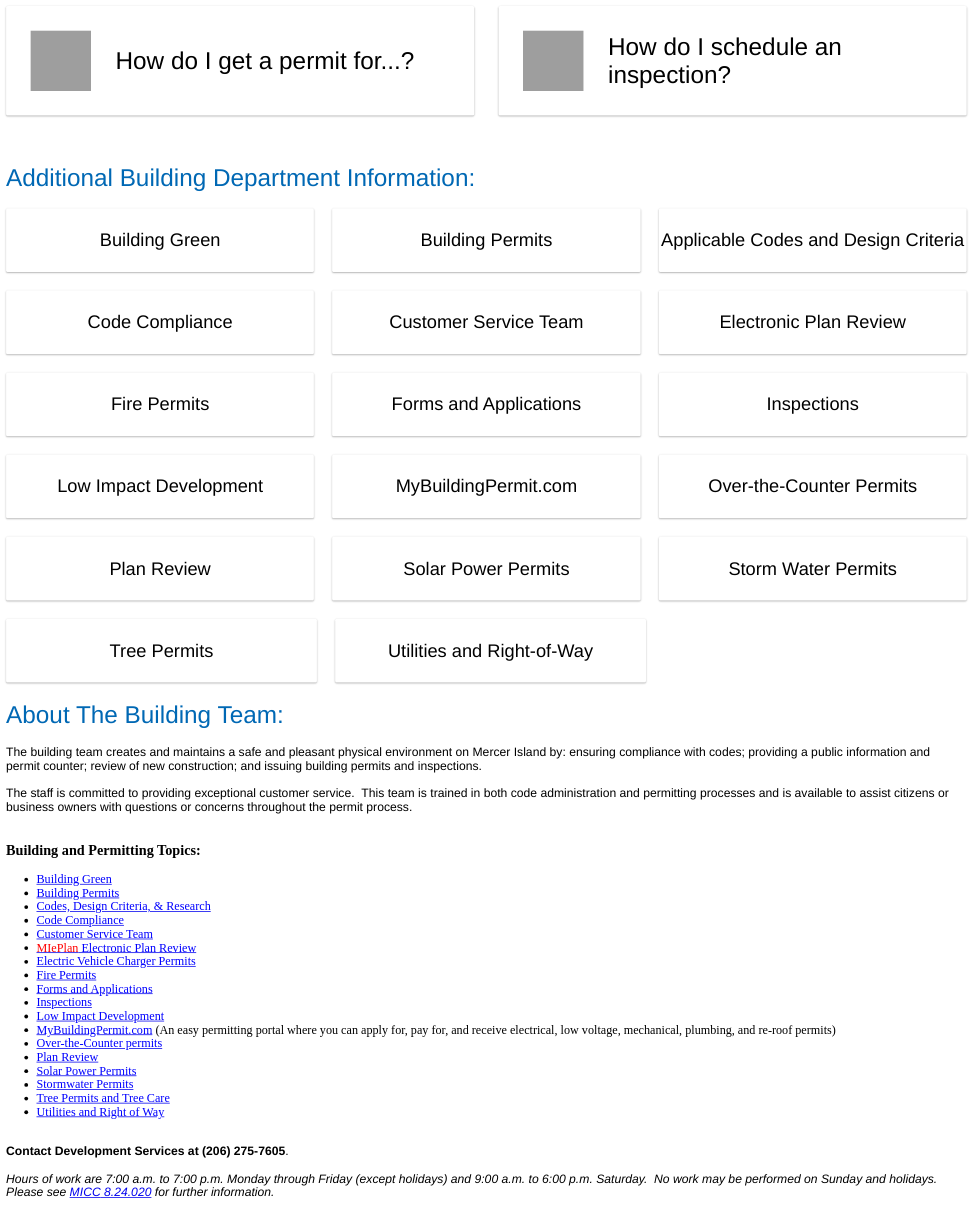
Repository: CharlieMisner/Mercer-Island-Website-Templates
Page: building-main-page/building-main-page.html
The author's editor kept a record of every edit. The page is drawn from the files as they stood at one moment, then again after the next edit.
The browser window is 1280 px wide. The pictures show the whole page, at 76% of full size.
Pictures or frames that could not be fetched are drawn as grey boxes.

Above is the page before.

After the next edit:
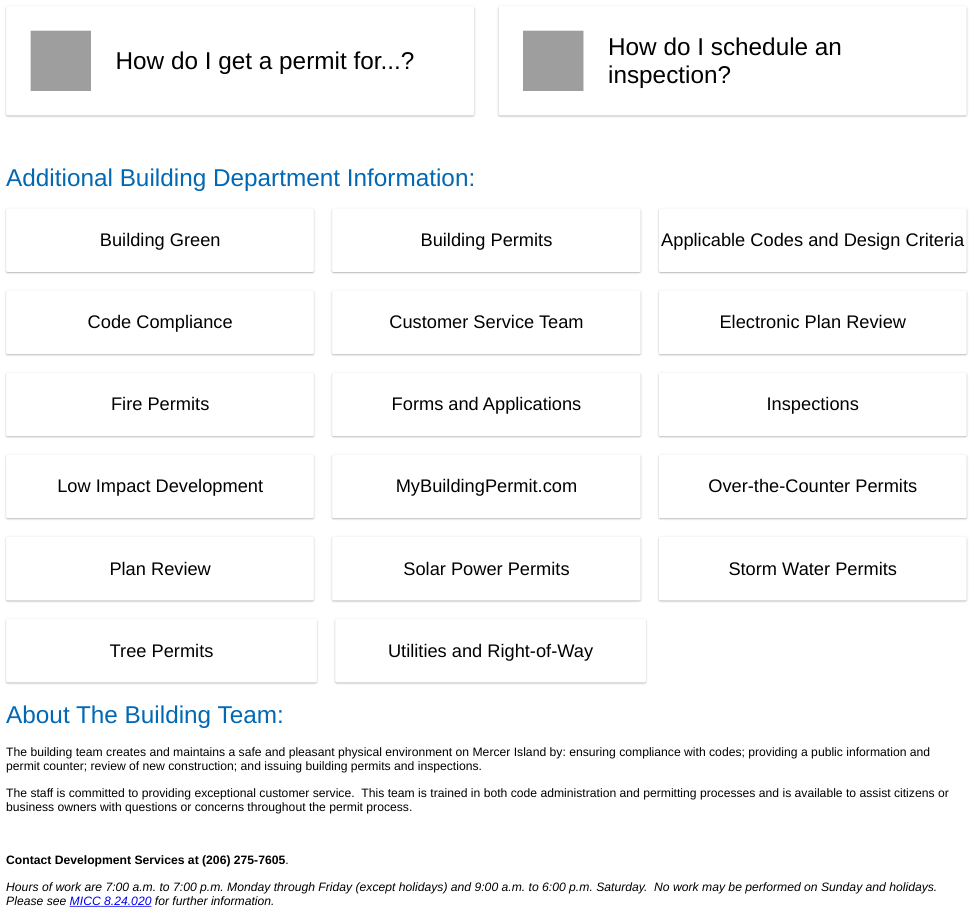
The edit:
--- a/building-main-page/building-main-page.html
+++ b/building-main-page/building-main-page.html
@@ -120,30 +120,6 @@
     <br /> The staff is committed to providing exceptional customer service. &nbsp;This team is trained in both code administration and permitting processes and is available to assist citizens or business owners with questions or concerns throughout the
     permit process.<br /> &nbsp;
 </p>
-
-<h3>Building and Permitting Topics:</h3>
-
-<ul>
-    <li><a href="http://www.mercergov.org/Page.asp?NavID=2668"><span style="color: rgb(0, 0, 255);">Building Green</span></a></li>
-    <li><a href="http://www.mercergov.org/Page.asp?NavID=2606"><span style="color: rgb(0, 0, 255);">Building Permits</span></a></li>
-    <li><a href="http://www.mercergov.org/Page.asp?NavID=2615"><span style="color: rgb(0, 0, 255);">Codes, Design Criteria, &amp; Research</span></a></li>
-    <li><a href="http://www.mercergov.org/Page.asp?NavID=2802"><span style="color: rgb(0, 0, 255);">Code Compliance</span></a></li>
-    <li><a href="http://www.mercergov.org/Page.asp?NavID=2623"><span style="color: rgb(0, 0, 255);">Customer Service Team</span></a></li>
-    <li><a href="http://www.mercergov.org/Page.asp?NavID=2619"><span style="color: rgb(255, 0, 0);">MIePlan</span><span style="color: rgb(0, 0, 255);"> Electronic Plan Review</span></a><span style="color: rgb(0, 0, 255);">&nbsp;</span></li>
-    <li><a href="http://www.mercergov.org/Page.asp?NavID=3141"><span style="color: rgb(0, 0, 255);">Electric Vehicle Charger Permits</span></a></li>
-    <li><a href="http://www.mercergov.org/Page.asp?NavID=2614"><span style="color: rgb(0, 0, 255);">Fire Permits</span></a></li>
-    <li><a href="http://www.mercergov.org/Page.asp?NavID=675"><span style="color: rgb(0, 0, 255);">Forms and Applications</span></a></li>
-    <li><a href="http://www.mercergov.org/Page.asp?NavID=2610"><span style="color: rgb(0, 0, 255);">Inspections</span></a></li>
-    <li><a href="http://www.mercergov.org/Page.asp?NavID=2660"><span style="color: rgb(0, 0, 255);">Low Impact Development</span></a></li>
-    <li><a href="http://www.mercergov.org/Page.asp?NavID=2617"><span style="color: rgb(0, 0, 255);">MyBuildingPermit.com</span></a> (An easy permitting portal where you can apply for, pay for, and receive electrical, low voltage, mechanical, plumbing, and
-        re-roof permits)</li>
-    <li><a href="http://www.mercergov.org/Page.asp?NavID=2621"><span style="color: rgb(0, 0, 255);">Over-the-Counter permits</span></a></li>
-    <li><a href="http://www.mercergov.org/Page.asp?NavID=2618"><span style="color: rgb(0, 0, 255);">Plan Review</span></a></li>
-    <li><a href="http://www.mercergov.org/Page.asp?NavID=3053"><span style="color: rgb(0, 0, 255);">Solar Power Permits</span></a></li>
-    <li><a href="http://www.mercergov.org/Page.asp?NavID=2680"><span style="color: rgb(0, 0, 255);">Stormwater Permits</span></a></li>
-    <li><a href="http://www.mercergov.org/Page.asp?NavID=2636"><span style="color: rgb(0, 0, 255);">Tree Permits and Tree Care</span></a></li>
-    <li><a href="http://www.mercergov.org/Page.asp?NavID=2622"><span style="color: rgb(0, 0, 255);">Utilities and Right of Way</span></a></li>
-</ul>
 
 <p><br />
     <strong>Contact Development Services at (206) 275-7605</strong>.<br />
